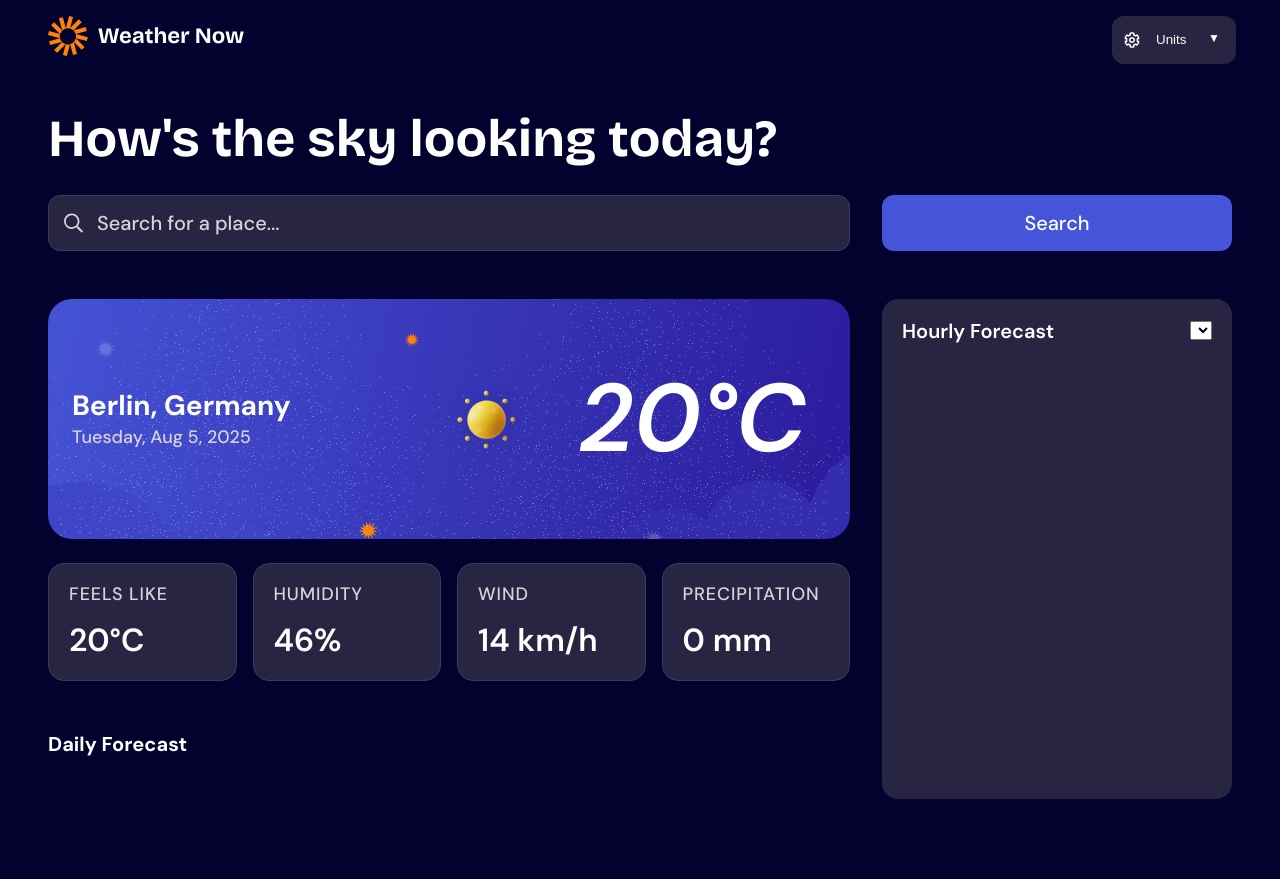
Repository: MKwaak/weather-app-main
Page: index.html
These files come from the project's save history. The page is drawn as it stood at one moment and after the next save; the edit follows.
The browser window is 1280 px wide. The pictures show the whole page.
The page's requests for data from a server got no answer.

Above is the page before, as saved 2026-02-01 10:12:09.

After the next save:
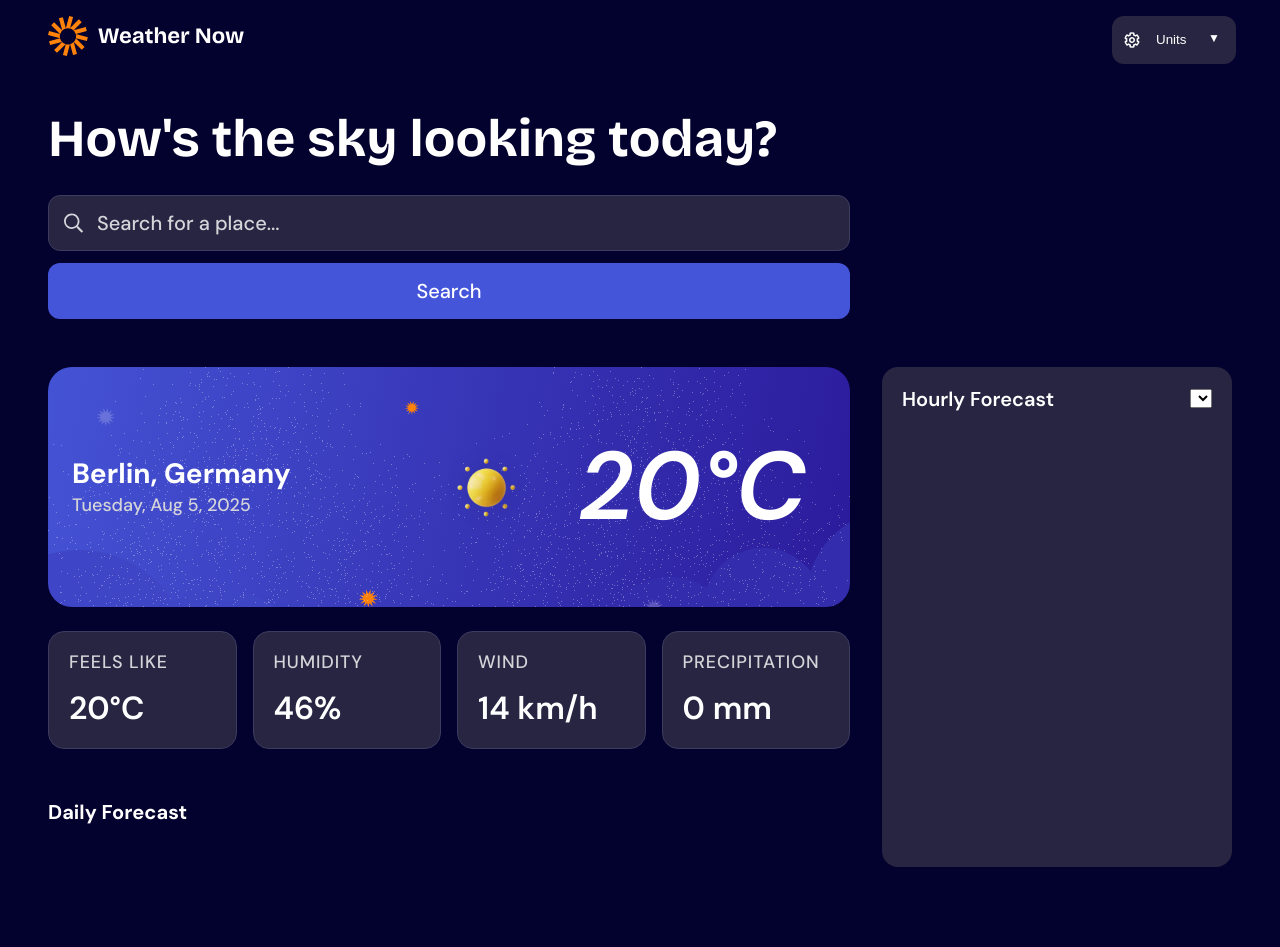
Saved 4 min 44 s later.
--- a/style.css
+++ b/style.css
@@ -356,13 +356,14 @@
     column-gap: 32px !important;
     margin-top: 0;
     align-items: end; /* Zorgt dat ze op dezelfde bodemlijn staan */
-
-    /* OUD 1 feb.
-    grid-column: 2; /* Precies boven de hourly kolom */
-    /* OUD 1 feb. flex-direction: row; /* Desktop: naast elkaar */
-    /* OUD 1 feb. width: 350px; /* MATCH MET HOURLY BREEDTE */
-    /* OUD 1 feb. align-items: stretch; /* Dwingt textbox en button naar dezelfde hoogte! */
-    /* OUD 1 feb. margin-top: 0; */
+  }
+  .hero__textbox {
+    grid-column: 1; /* Blijft links boven 'current' */
+  }
+
+  .hero__button {
+    grid-column: 2; /* SWITCH: Verschuift nu naar de rechterkolom boven 'hourly' */
+    width: 100%;
   }
 }
 
@@ -426,7 +427,7 @@
 
 /* De Button: Zorg dat hij op mobiel de volle breedte pakt */
 .hero__button {
-  grid-column: 2 !important; /* Dwingt de button naar de 350px rechterkant */
+  grid-column: 1 !important; /* Dwingt de button naar de 350px rechterkant */
   width: 100% !important;
   height: 56px;
   /* OUD 1 feb. flex-shrink: 0; /* Mag niet kleiner worden dan de inhoud */
